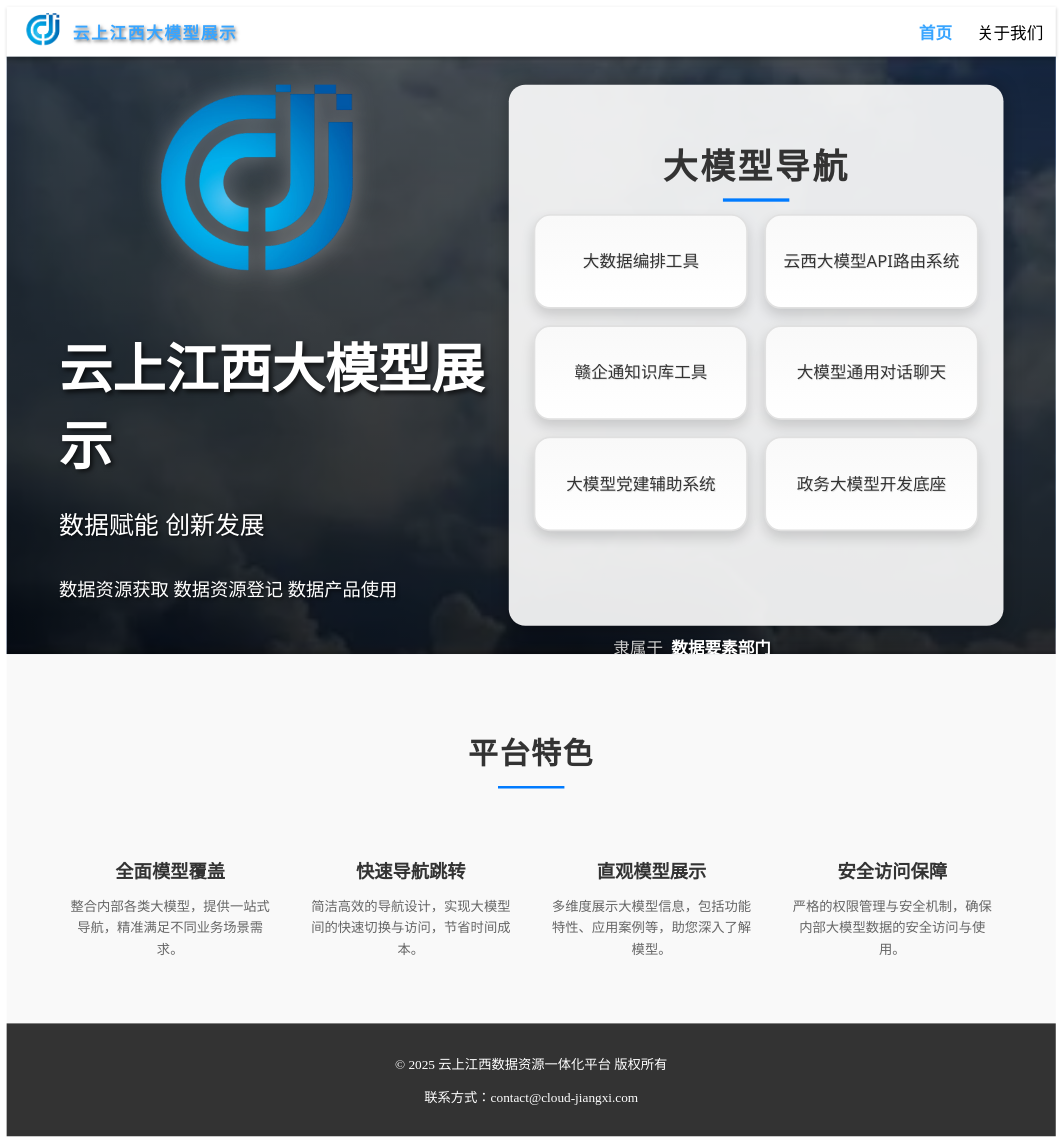
Repository: Felix-yifengyang/ysjx-model-nav
Page: /
The author's editor kept a copy of each file at every save. The page is drawn from the files as they stood at one save, then again after the next save.
The browser window is 1280 px wide. The pictures show the whole page, at 83% of full size.
The project was rebuilt for these pictures with package versions that can differ from the ones it lists, and the page was loaded fresh each time. Also part of the build but not shown: vite.config.ts, src/About.vue.

Above is the page before, as saved 2025-02-21 09:30:02.

After the next save:
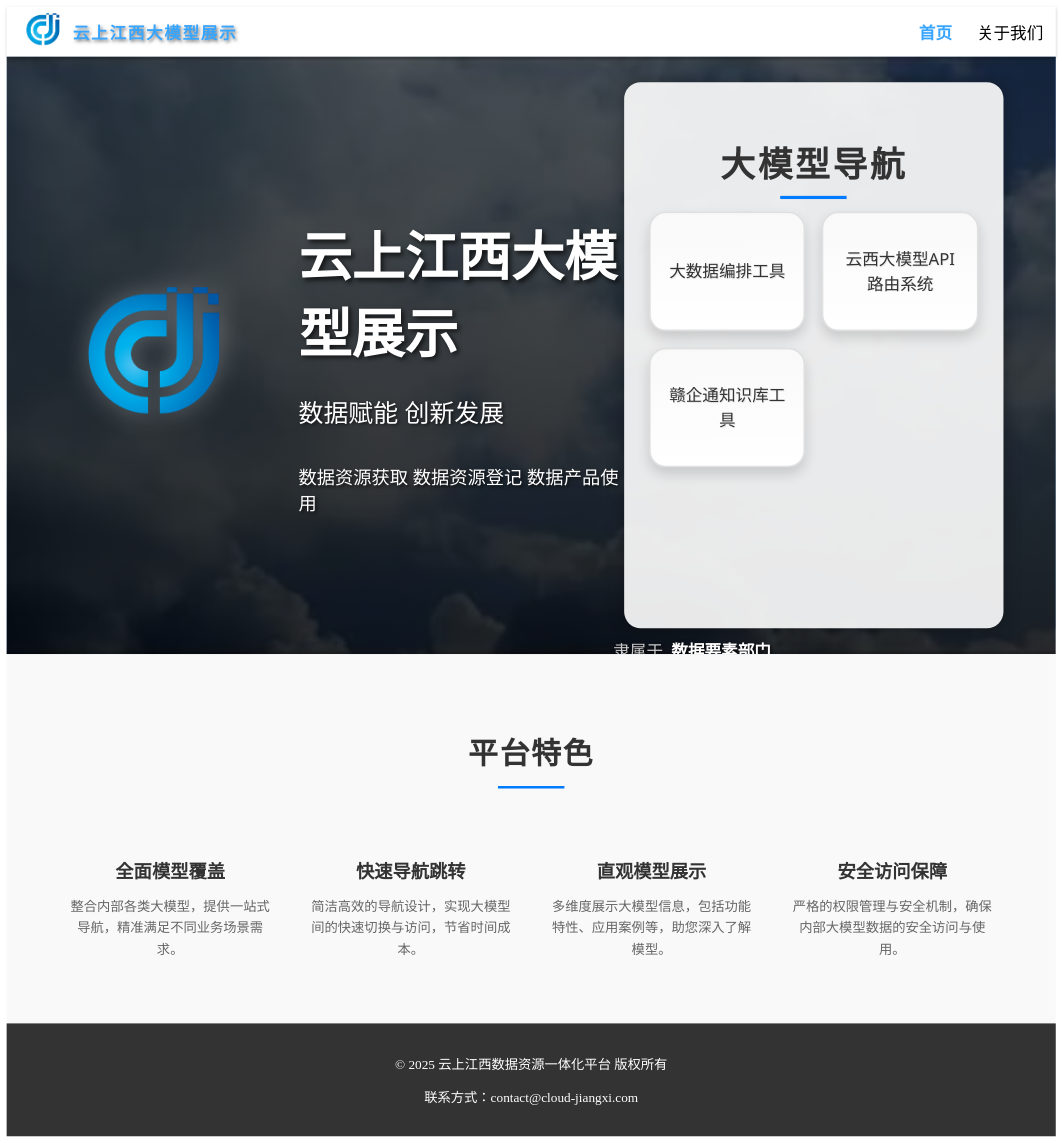
Saved 4 h 44 min later.
--- a/src/components/HeroSection.vue
+++ b/src/components/HeroSection.vue
@@ -33,18 +33,6 @@
                     <a href="http://10.9.55.36:12300/" class="showcase-item item-3">
                         <p class="description">赣企通知识库工具</p>
                     </a>
-                    <!-- 第四个矩形 -->
-                    <a href="http://106.227.19.14:16104/" class="showcase-item item-4">
-                        <p class="description">大模型通用对话聊天</p>
-                    </a>
-                    <!-- 第五个矩形 -->
-                    <a href="http://106.227.19.2:26011/" class="showcase-item item-5">
-                        <p class="description">大模型党建辅助系统</p>
-                    </a>
-                    <!-- 第六个矩形 -->
-                    <a href="http://106.227.19.14:9999/datamodel/dist/#/login" class="showcase-item item-6">
-                        <p class="description">政务大模型开发底座</p>
-                    </a>
                 </div>
             </div>
         </div>
@@ -96,8 +84,8 @@
 /*  logo 和文本内容包装器 */
 .hero-logo-content-wrapper {
     display: flex;
-    align-items: center;
-    flex-direction: column;
+    align-items: center; /* 垂直居中 */
+    flex-direction: row; /* 修改为行布局 */
     text-align: left;
 }
 

After the save that followed:
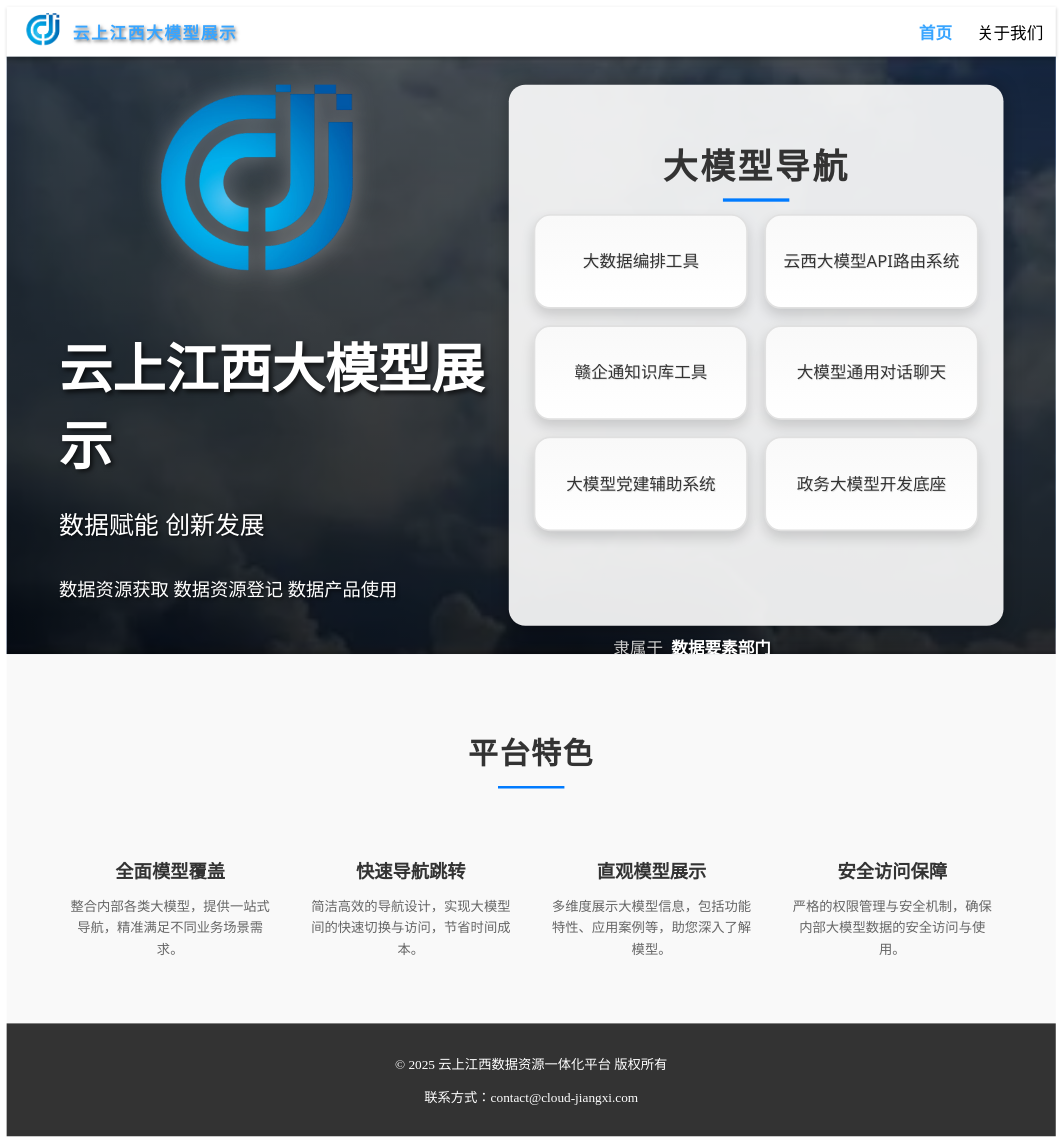
Saved 14 s later.
--- a/src/components/HeroSection.vue
+++ b/src/components/HeroSection.vue
@@ -33,6 +33,18 @@
                     <a href="http://10.9.55.36:12300/" class="showcase-item item-3">
                         <p class="description">赣企通知识库工具</p>
                     </a>
+                    <!-- 第四个矩形 -->
+                    <a href="http://106.227.19.14:16104/" class="showcase-item item-4">
+                        <p class="description">大模型通用对话聊天</p>
+                    </a>
+                    <!-- 第五个矩形 -->
+                    <a href="http://106.227.19.2:26011/" class="showcase-item item-5">
+                        <p class="description">大模型党建辅助系统</p>
+                    </a>
+                    <!-- 第六个矩形 -->
+                    <a href="http://106.227.19.14:9999/datamodel/dist/#/login" class="showcase-item item-6">
+                        <p class="description">政务大模型开发底座</p>
+                    </a>
                 </div>
             </div>
         </div>
@@ -84,8 +96,8 @@
 /*  logo 和文本内容包装器 */
 .hero-logo-content-wrapper {
     display: flex;
-    align-items: center; /* 垂直居中 */
-    flex-direction: row; /* 修改为行布局 */
+    align-items: center;
+    flex-direction: column;
     text-align: left;
 }
 
